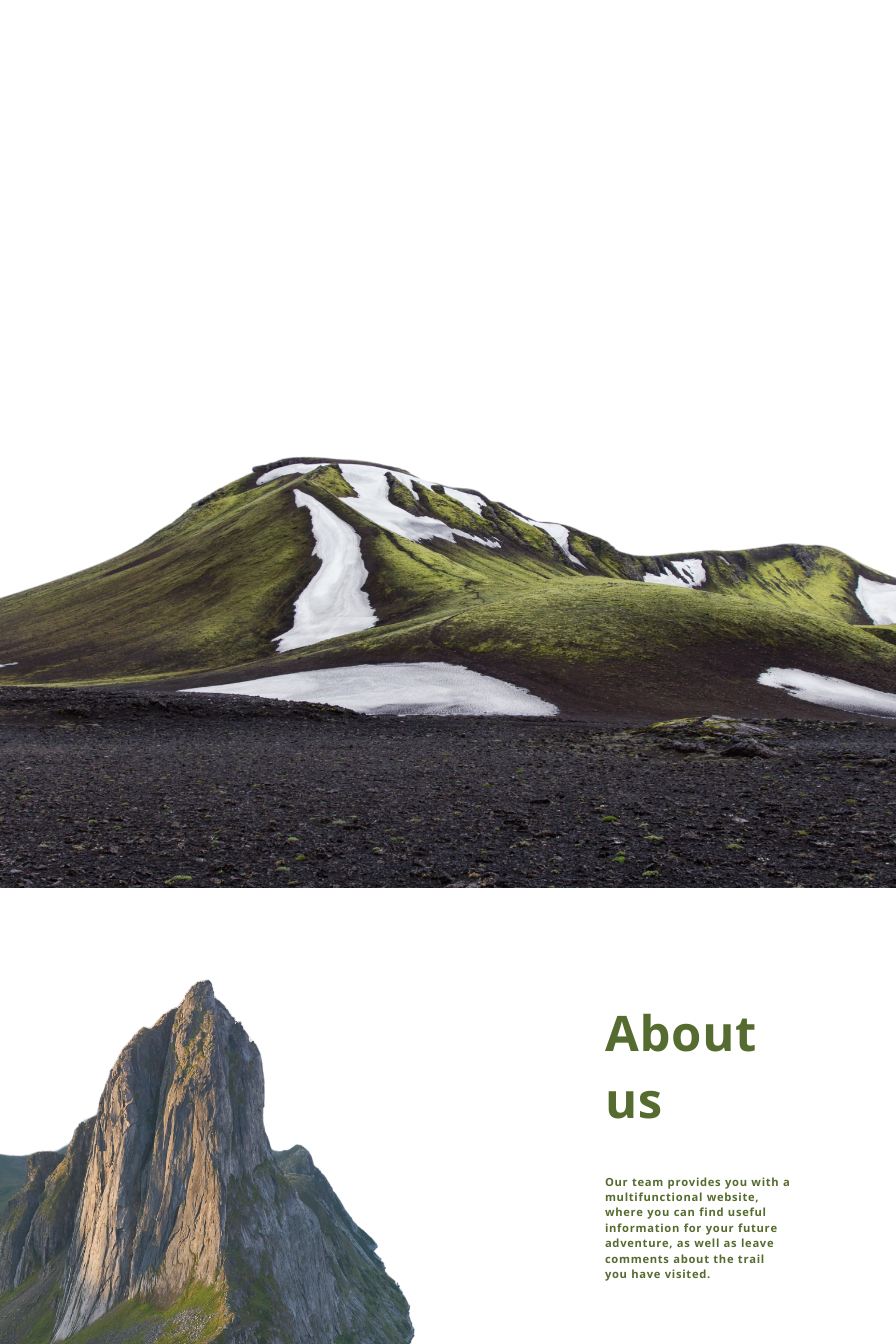
Repository: artembundin/travelrus.github.io
Page: index.html
The author's editor kept a copy of each file at every save. The page is drawn from the files as they stood at one save, then again after a run of saves.
The browser window is 1280 px wide. The pictures show the part of the page from y = 1531 to 3451 px (the page is 5258 px tall), at 70% of full size.
A picture or video elsewhere on the page could not be fetched, so the positions and the page height are approximate. Backgrounds fixed to the window are drawn as part of the page. Some web fonts or font styles are not loaded; a fallback is used.

Above is the page before, as saved 2025-05-07 23:10:16.
Console error: TypeError: Cannot read properties of null (reading 'offsetTop')

### index.html
<!DOCTYPE html>
<html lang="en">
  <head>
    <meta charset="UTF-8" />
    <meta name="viewport" content="width=device-width, initial-scale=1.0" />
    <title>Document</title>
    <link rel="stylesheet" href="style.css" />
  </head>
  <body>
    <header class="header">
      <div class="container-header">
        <img src="icons/TRAIL TRIBE (3).svg" alt="" class="anim header-logo" />
        <ul class="header-list">
          <li><a class="active" href="/">HOME</a></li>
          <li><a href="/">BLOG</a></li>
          <li><a href="#inf">DISCOVER</a></li>
          <li><a href="/">ABOUT AS</a></li>
        </ul>
      </div>
    </header>
    <main class="main">
      <section class="join">
        <div class="join-container">
          <div class="text_section">
            <h2>Featured Items</h2>
            <p>
              These are some of the basic things that will be useful to you on a
              hike. See the full list on our blog.
            </p>
          </div>
          <a href="#" class="btn_list" id="newPageButton">BLOG</a>
        </div>
      </section>
      <section class="inf" id='inf'>
        <div class="inf-container">
          <h2 class="inf-caption animate-slidein">Find our most popular camps</h2>
          <div class="cards">
              <div class="cards-content">
                <a href="map.html#mapstore">
                  <img src="images/bvt.jpeg" alt="" class="img">
                </a>
                <div class="cards-text">
                  <h4 class="cards-title">The Big Valdai Trail</h4>
                  <p class="cards-sub-title">Its uniqueness lies in the change of ecological systems: spruce-fir forest, broad-leaved forest, pine forest.</p>
                </div>
              </div>
            <div class="cards-content">
              <a href="map.html#mapstore2">
                <img src="images/30.jpeg" alt="" class="img">
              </a>
              <div class="cards-text">
                <h4 class="cards-title">Through the Mountains to the Sea</h4>
                <p class="cards-sub-title">One of the oldest, most popular traveled tourist routes in the Soviet Union.</p>
              </div>
            </div>
            <div class="cards-content">
              <a href="map.html#mapstore3">
                <img src="images/btt.jpeg" alt="" class="img">
              </a>
              <div class="cards-text">
                <h4 class="cards-title">The Great Baikal Trail</h4>
                <p class="cards-sub-title">The trail will connect three national parks and three reserves.</p>
              </div>
            </div>
          </div>
        </div>
      </section>
      <section class="aboutus">
        <div class="aboutus-container">
          <div class="aboutus-image animate-slideleft"></div>
          <div class="aboutus-text animate-slideright">
            <h2 class="aboutus-title">About us</h2>
            <p class="aboutus-sub-title">Our team provides you with a multifunctional website, where you can find useful information for your future adventure, as well as leave comments about the trail you have visited.</p>
          </div>
        </div>
      </section>
      <section class="stuff-list">
      <h2 class="stuff-list-caption animate-appeir">That is useful for any hike</h2>
      <div class="item">
        <div class="stuff-list-container animate-appeir">
            <div class="stuff-item">
                    <p class="item1_title">Knife</p>
                    <img src="images/knife.svg" alt="/" id="item1">
            </div>
            <div class="stuff-item">
                    <p class="item2_title">Sleeping-bag</p>
                    <img src="images/sleepingbag.svg" alt="/" id="item2">
            </div>
            <div class="stuff-item">
                    <p class="item3_title">Tent</p>
                    <img src="images/tent.svg" alt="/" id="item3">
            </div>
          </div>
      </div>
    </section>
  </main>
  <script src="animation.js"></script>
  </body>
</html>




<!--<h2 class="stuff-list-caption">That is useful for any hike</h2>-->

### style.css
@font-face {
  font-family: 'OpenSans';
  src: url(fonts/OpenSans-Regular.woff2) format('woff2');
  font-weight: 400;
  font-style: normal;
  font-display: swap;
}
@font-face {
  font-family: 'OpenSans';
  src: url(fonts/OpenSans-Bold.woff2) format('woff2');
  font-weight: 700;
  font-style: normal;
  font-display: swap;
}


body {
  margin: 0;
  font-family: 'OpenSans';
  background-color: white;
  color: white;
  font-weight: 550;
}

ul {
  list-style: none;
  padding: 0;
  margin: 0;
}

a {
  text-decoration: none;
  color: white;
}

p {
  display: flex;
  /*animation: pfade linear both;
  animation-timeline: view();
  animation-range: entry 50% cover 50%;*/
}


h1, h2, h3, h4, h5, h6 {
  display: flex;
  /*animation: pfade linear both;
  animation-timeline: view();
  animation-range: entry 50% cover 50%;*/
}


/*@keyframes pfade {
  from {
    opacity: 0;
  }
  to {
    opacity: 1;
  }
} */

a {
  text-decoration: none;
}

/*Шапка*/

.header {
  position: relative;
  text-align: center;
  background-image: url(images/hiking3.jpeg);
  background-attachment: fixed;
  background-size: cover;
  background-position: center;
}

.container-header {
  display: flex;
  flex-direction: column;
  align-items: center;
  max-width: 1200px;
  height: 900px;
  margin-left: auto;
  margin-right: auto;
  padding: 0 15px;
}

.header-logo {
  width: 600px;
  height: 600px;
}



.header-img {
  position: absolute;
  width: 100%;
  height: auto;

  background-image: url(images/hiking3.jpeg);
  /*background-attachment: fixed;
    background-size: cover;
    background-position: center;*/
  z-index: -1;
}

.header-list {
  display: flex;
  gap: 40px;
  margin-top: -100px;
  text-decoration: underline;
  text-underline-offset: 10px;
  opacity: 0.6;
  font-weight: 600;
  font-size: 25px;
  letter-spacing: 3px;
}


/*СЕКЦИЯ 1*/

.main {
  display: inline;
}


.join {
  background-image: url('images/cloudmount.png');
  background-size: contain;
  background-repeat: no-repeat;
  animation: pfade linear both;
  animation-timeline: view();
  animation-range: entry 50% cover 50%;
}

@keyframes pfade {
  from {
    opacity: 0;
  }
  to {
    opacity: 1;
  }
}

.join-container {
  display: flex;
  max-width: 1200px;
  height: 900px;
  padding: 0 15px;
}


.text_section {
  width: 330px;
  height: 500px;
  padding: 100px;
  color: darkolivegreen;
}

.text_section p {
  letter-spacing: 1px;
}

.text_section h2 {
  font-size: 70px;
  font-weight: 700;
}

/*Кнопка*/

.btn_list {
  position: relative;
  text-align: center;
  padding: 5px 10px;
  width: 200px;
  height: 30px;
  top: 550px ;
  right: 430px;
  font-size: 20px;
  color: darkolivegreen;

  background-color: white;
  border-radius: 17px;
  box-shadow: 5px 5px 5px 3px #8a8a8a;
  cursor: pointer;
  transition: .3s;
}

.btn_list:active {
  transform: translateY(4px);
  box-shadow: 0 5px 0 darkgreen;
}


/*Конец кнопки*/



/*СЕКЦИЯ 2*/

.inf {
  background-image: url(images/holm.png);
  background-attachment: fixed;
  background-size: 1700px 900px;
  background-repeat: no-repeat;
  color: #AFD2F2;

}


.inf-caption {
  display: flex;
  justify-content: center;
  font-size: 60px;
  font-weight: 700;
  margin-top: 100px;
  margin-bottom: 200px;

  color: white;
}

@keyframes slidein {
  from {
    transform: translateX(-100%);
    opacity: 0;
  }
  to {
    transform: translateX(0);
    opacity: 1;
  }
}

.inf-caption.animate-slidein {
  animation: slidein;
  animation-duration: 2s;
  animation-timing-function: linear forwards;
  animation-iteration-count: 1;
}

.inf-container {
  max-width: 1700px;
  height: 900px;
  padding: 0 15px;
}

@keyframes fadein {
  from {
    opacity: 0;
  }
  to {
    opacity: 1;
  }
}

.cards {
  display: flex;
  justify-content: center;
  gap: 100px;
  animation: pfade linear both;
  animation-timeline: view();
  animation-range: entry 50% cover 50%;
}

.cards-content {
  display: flex;
  position: relative;
  justify-content: center;
  align-items: center;
  overflow: hidden;




  /*width: 400px;
  border-radius: 20px;
  margin-top: 200px;
  text-align: center;*/
}


.img {
  width: 400px;
  height: 300px;
  border: 3px solid #2E2C33;




  /*max-width: 100%;
  height: 350px;
  object-fit: cover;
  border-radius: 15px;*/
}

.cards-text {
  width: 200px;
  height: 200px;
  background-color: white;
  padding: 1.5rem 2rem;
  box-shadow: 0 8px 24px hsla(0, 0%, 0%, .15);
  border-radius: 1rem;
  position: absolute;
  bottom: -9rem;
  opacity: 0;
  transition: opacity 1s 1s;
}

.cards-title {
  font-size: 28px;
  font-weight: 700;
  margin-bottom: .75rem;
}



.cards-sub-title {
  font-size: 13px;
  font-weight: 400;

}

.cards-content:hover .cards-text{
  animation: show-text 1s forwards;
  opacity: 1;
  transition: opacity .3s;
}

.cards-content {
  animation-name: remove-overflow;
  animation: remove-overflow 2s forwards;

}

.cards-content:not(:hover) {
  animation: show-overflow 2s forwards;
}

.cards-content:not(:hover) .cards-text {
  animation: remove-text 1s forwards;
}

@keyframes show-text {
  50% {
    transform: translateY(-10rem);
  }
  100% {
    transform: translateY(-7rem);
  }
}

@keyframes remove-overflow {
  to {
    overflow: initial;
  }
}

@keyframes remove-text {
  0% {
    transform: translateY(-7rem);
  }
  50% {
    transform: translateY(-10rem);
  }
  100% {
    transform: translateY(.5rem);
  }
}

@keyframes show-overflow {
  0% {
    overflow: initial;
    pointer-events: none;
  }
  50% {
    overflow: hidden;
  }
}


/*СЕКЦИЯ 3 */



.aboutus {
  color: darkolivegreen;
}


.aboutus-container {
  display: flex;

  max-width: 1700px;
  height: 800px;
  margin-top: 100px;
  margin-bottom: 150px;
}


.aboutus-image {
  background-image: url(images/goraaa.png);
  background-size: cover;
  background-repeat: no-repeat;
  width: 1300px;
  height: 800px;
}

@keyframes slideleft {
  from{
    transform: translateX(-100%);
    opacity: 0;
  }
  to {
    transform: translate(0);
    opacity: 1;
  }
}

.aboutus-image.animate-slideleft {
  animation: slideleft;
  animation-duration: 5s;
  animation-timing-function: linear forwards;
  animation-iteration-count: 1;
}

.aboutus-text {
  width: 400px;
  height: 300px;
  text-align: left;
  letter-spacing: 1px;
  margin-right: 150px;
}

/*.aboutus-text.animate-slideright {
  animation: none;
  animation: slideright;
  animation-duration: 4s;
  animation-timing-function: linear forwards;
  animation-iteration-count: 1;
}

@keyframes slideright {
  from {
    transform: translateX(100%);
  }
  to {
    transform: translateX(0);
  }
}*/

.aboutus-title {
  font-size: 70px;
  justify-content: left;
}



/*СЕКЦИЯ 3*/


/*.cards {
  display: flex;
  justify-content: center;
  gap: 170px;
} карточки секция */

@keyframes appeir {
  from {
    opacity: 0;
  }
  to {
    opacity: 1;
  }
}

.stuff-list-caption {
  display: flex;
  justify-content: center;
  font-size: 65px;
  font-weight: 700;
  color: darkolivegreen;

}

.stuff-list-caption.animate-appeir {
  animation: appeir;
  animation-duration: 6s;
  animation-timing-function: linear forwards;
  animation-iteration-count: 1;
}

.stuff-list-container.animate-appeir {
  display: grid;
  grid-template-columns: 0.25fr 0.25fr;
  grid-template-rows: 600px 600px;
  gap: 20px;
  max-width: 1200px;
  height: 800px;
  margin-top: 100px;


    /*animation: appeir2 ;
    animation-duration: 1s;
    animation-timing-function: ease-in forwards;
    animation-delay: 1s;
    animation-iteration-count: 1;*/

}

/*@keyframes appeir2 {
  from {
    opacity: 0;
  }
  to {
    opacity: 1;
  }
}*/

.stuff-list {
  color: white;
}


.item {
  background-image: url(/images/sumka.png);
  background-size: 1300px 800px;
  background-repeat: no-repeat;
  background-position: center;
}


#item1 {
  background-color: lemonchiffon;
  position: relative;
  left: 490px;
  top: 160px;
}



#item2 {
  background-color: lightpink;
  position: relative;
  left: 390px;
  top: 130px;
}



#item3 {
  background-color: lightsteelblue;
  position: relative;
  left: 530px;
  bottom: 230px;
}

.item1_title {
  position: relative;
  left: 490px;
  top: 160px;
  font-size: 17px;
}

.item2_title {
  position: relative;
  left: 390px;
  top: 130px;
  font-size: 17px;
}

.item3_title {
  position: relative;
  left: 530px;
  bottom: 230px;
  font-size: 17px;
}

/* В конец файла добавим медиа-запросы */

/* Для планшетов */
@media screen and (max-width: 1024px) {
  .container-header {
    height: 700px;
  }

  .header-logo {
    width: 400px;
    height: 400px;
  }

  .header-list {
    font-size: 20px;
    gap: 20px;
  }

  .join-container {
    width: 100%;
    padding: 0 20px;
  }

  .text_section {
    padding: 50px;
  }

  .text_section h2 {
    font-size: 50px;
  }

  .cards {
    flex-wrap: wrap;
    gap: 50px;
  }

  .img {
    width: 300px;
    height: 225px;
  }

  .aboutus-container {
    flex-direction: column;
    height: auto;
  }

  .aboutus-image {
    width: 100%;
    height: 500px;
  }

  .aboutus-text {
    width: 100%;
    margin: 20px;
  }
}

/* Для мобильных устройств */
@media screen and (max-width: 768px) {
  .container-header {
    height: 500px;
  }

  .header-logo {
    width: 300px;
    height: 300px;
  }

  .header-list {
    font-size: 16px;
    gap: 15px;
    flex-direction: column;
  }

  .text_section h2 {
    font-size: 40px;
  }

  .btn_list {
    right: 200px;
  }

  .inf-caption {
    font-size: 40px;
    margin: 50px 0;
  }

  .cards-content {
    width: 100%;
  }

  .img {
    width: 100%;
    max-width: 300px;
  }

  .stuff-list-container {
    grid-template-columns: 1fr;
    grid-template-rows: auto;
  }

  #item1, #item2, #item3,
  .item1_title, .item2_title, .item3_title {
    left: 50%;
    transform: translateX(-50%);
    position: relative;
    top: 0;
    bottom: 0;
  }

  .stuff-list-caption {
    font-size: 40px;
    text-align: center;
  }
}

/* Для маленьких экранов */
@media screen and (max-width: 480px) {
  .header-logo {
    width: 200px;
    height: 200px;
  }

  .text_section {
    width: 100%;
    padding: 20px;
  }

  .text_section h2 {
    font-size: 30px;
  }

  .btn_list {
    width: 150px;
    right: 100px;
  }
}

### animation.js
window.addEventListener('scroll', function() {
    var infCaption = document.querySelector('.inf-caption');
    var infOffsetTop = infCaption.offsetTop;
    var windowHeight = window.innerHeight;
    var scrollTop = window.scrollY;

    if (scrollTop > infOffsetTop - windowHeight) {
    infCaption.classList.add('animate-slidein');
    }
    else {
    infCaption.classList.remove('animate-slidein');
    }
});

window.addEventListener('scroll', function() {
    var aboutusSection = document.querySelector('.aboutus');
    var aboutusOffsetTop = aboutusSection.offsetTop;
    var windowHeight = window.innerHeight;
    var scrollTop = window.scrollY;

    if (scrollTop > aboutusOffsetTop - windowHeight) {
    document.querySelector('.aboutus-image').classList.add('animate-slideleft');
    document.querySelector('.aboutus-text').classList.add('animate-slideright');
    }
    else {
    document.querySelector('.aboutus-image').classList.remove('animate-slideleft');
    document.querySelector('.aboutus-text').classList.remove('animate-slideright');
    }
});


window.addEventListener('scroll', function() {
    var stuffSection = document.querySelector('.stuff-list');
    var stuffOffsetTop = stuffSection.offsetTop;
    var windowHeight = window.innerHeight;
    var scrollTop = window.scrollY;

    if (scrollTop > stuffOffsetTop - windowHeight) {
    document.querySelector('.stuff-list-caption').classList.add('animate-appeir');
    }
    else {
    document.querySelector('.stuff-list-caption').classList.remove('animate-appeir');
    }
});

document.addEventListener('scroll', function() {
    var stuffSection = document.querySelector('.stuff-list-container');
    var windowHeight = window.innerHeight;
    var stuffOffsetTop = stuffSection.offsetTop;
    var scrollTop = window.scrollY;

    if (scrollTop > stuffOffsetTop - windowHeight) {
        stuffSection.classList.add('animate-appeir');
    } else {
        stuffSection.classList.remove('animate-appeir');
    }
});

document.addEventListener('scroll', function() {
    var footer = document.querySelector('.footer');
    var windowHeight = window.innerHeight;
    var footerOffsetTop = footer.offsetTop;
    var scrollTop = window.scrollY;

    if (scrollTop > footerOffsetTop - windowHeight) {
        footer.classList.add('animate-appeir-footer');
    } else {
        footer.classList.remove('animate-appeir-footer');
    }
});

document.addEventListener('scroll', function() {
    var socialContainer = document.querySelector('.social-container');
    var windowHeight = window.innerHeight;
    var socialContainerOffsetTop = socialContainer.offsetTop;
    var scrollTop = window.scrollY;

    if (scrollTop > socialContainerOffsetTop - windowHeight) {
        socialContainer.classList.add('animate-appeir3');
    } else {
        socialContainer.classList.remove('animate-appeir3');
    }
});

const newPageButton = document.getElementById('newPageButton');

newPageButton.addEventListener('click', function() {
    window.open('blog.html');
});

After the next 2 saves:
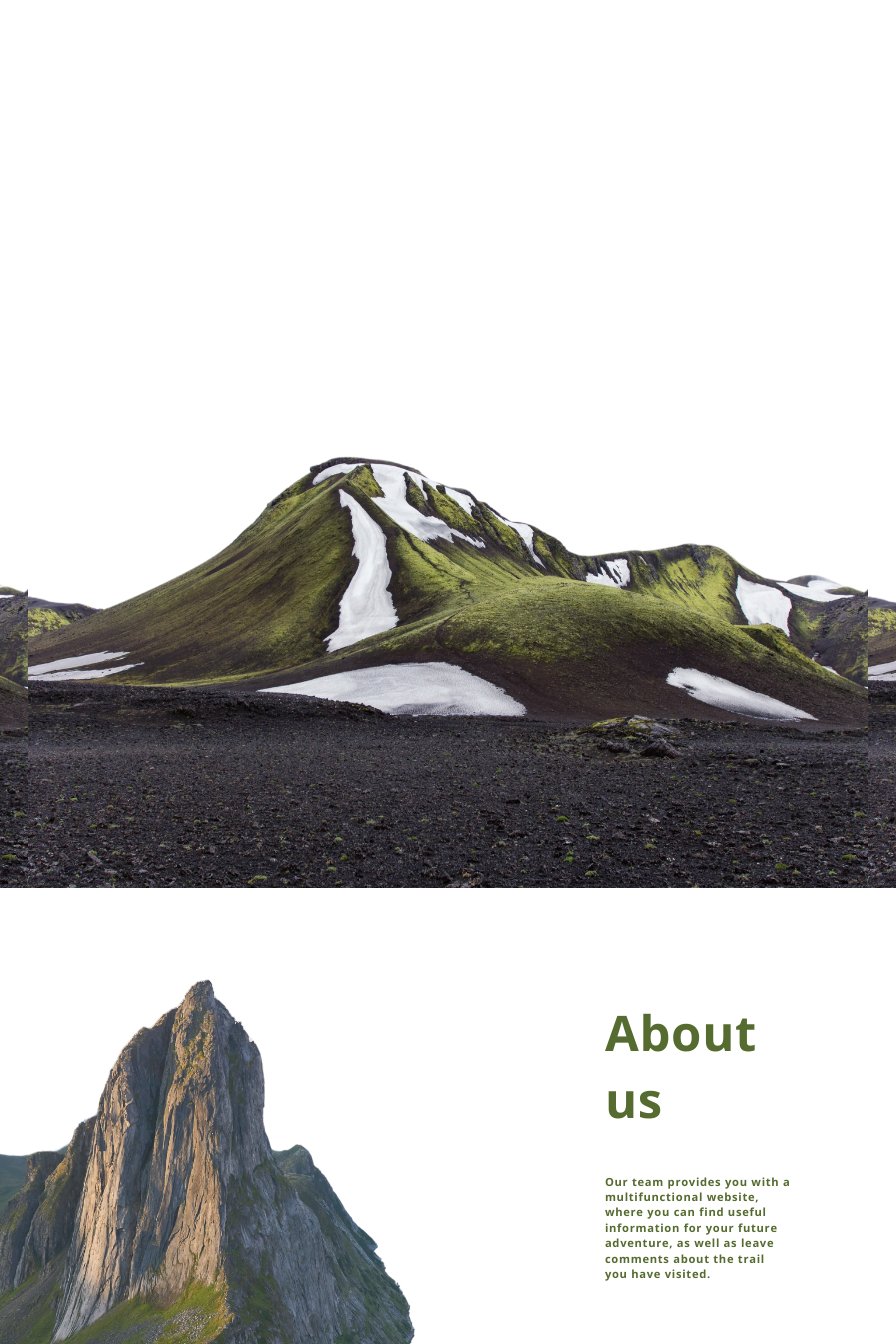
The 2 saves are shown as one change because they came seconds apart.
The last was saved 13 s later.
--- a/style.css
+++ b/style.css
@@ -200,7 +200,7 @@ a {
 .inf {
   background-image: url(images/holm.png);
   background-attachment: fixed;
-  background-size: 1700px 900px;
+  background-size: 1200px 900px;
   background-repeat: no-repeat;
   color: #AFD2F2;
 
